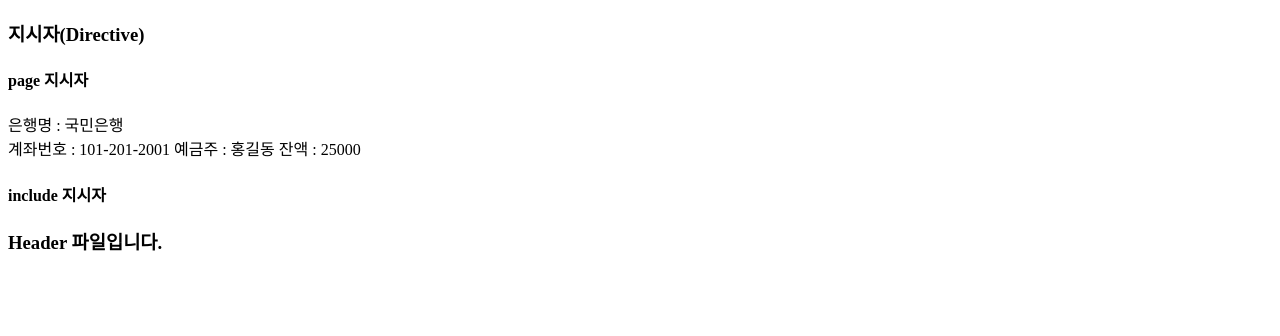
Repository: cms8474/JSP
Page: http://localhost/ch02/4_Directive.jsp
The author's editor kept a copy of each file at every save. The page is drawn from the files as they stood at one save, then again after the next save.
The browser window is 1280 px wide. The pictures show the whole page.
The page is served by Tomcat 10.

Above is the page before, as saved 2025-07-28 02:31:54.

### ch02/src/main/webapp/4_Directive.jsp
<%@page import="sub1.Account"%>
<%@ page language="java" contentType="text/html; charset=UTF-8"
    pageEncoding="UTF-8"%>
<!DOCTYPE html>
<html>
	<head>
		<meta charset="UTF-8">
		<title>지시자</title>
	</head>
	<body>
		<h3>지시자(Directive)</h3>



		<h4>page 지시자</h4>
		<%
			Account kb = new Account("국민은행","101-201-2001","홍길동",10000);
			kb.deposit(40000);
			kb.withdraw(25000);

			try{
				kb.show(out);
			}catch(Exception e){
				e.printStackTrace();
			}
		%>



		<h4>include 지시자</h4>
		<%@ include file="./inc/_header.jsp"%>


	</body>
</html>

### ch02/src/main/webapp/inc/_header.jsp
<%@ page language="java" contentType="text/html; charset=UTF-8"   pageEncoding="UTF-8"%>
<header>
	<h3>Header 파일입니다.</h3>


</header>

### ch02/src/main/java/sub1/Account.java
package sub1;

import java.io.IOException;

import jakarta.servlet.jsp.JspWriter;

public class Account {

	private String bank;
	private String id;
	private String name;
	private int		balance;


	public Account(String bank, String id, String name, int balance) {
		super();
		this.bank = bank;
		this.id = id;
		this.name = name;
		this.balance = balance;
	}

	public void deposit(int money) {
		this.balance += money;
	}

	public void withdraw(int money) {
		this.balance -= money;
	}
	public void show(JspWriter writer) throws IOException {
		writer.println("<p>");
		writer.println("은행명 : " + this.bank + "<br>");
		writer.println("계좌번호 : " + this.id);
		writer.println("예금주 : " + this.name);
		writer.println("잔액 : " + this.balance);
		writer.println("</p>");
	}

}

### ch02/src/main/webapp/inc/_footer.jsp
<%@ page language="java" contentType="text/html; charset=UTF-8"   pageEncoding="UTF-8"%>
<footer>
	<h3>footer 파일입니다.</h3>


</footer>

After the next save:
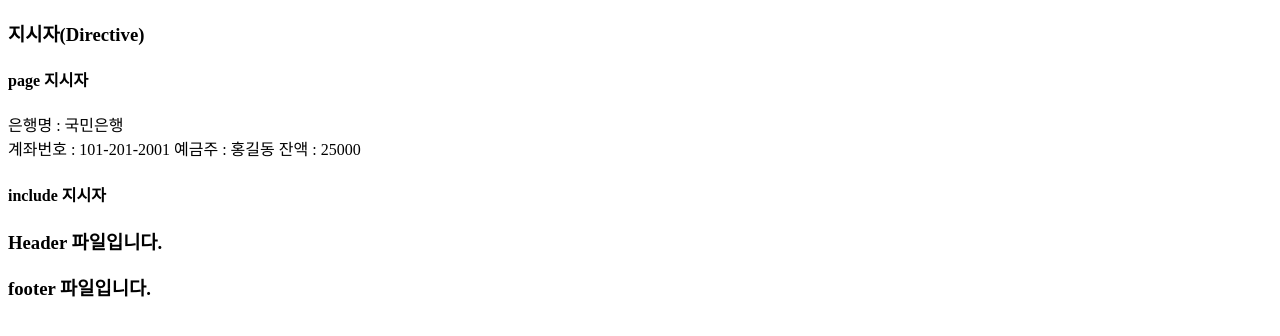
Saved 58 s later.
--- a/ch02/src/main/webapp/4_Directive.jsp
+++ b/ch02/src/main/webapp/4_Directive.jsp
@@ -30,6 +30,8 @@
 		<h4>include 지시자</h4>
 		<%@ include file="./inc/_header.jsp"%>
 
+		<%@ include file="./inc/_footer.jsp"%>
+
 
 	</body>
 </html>
